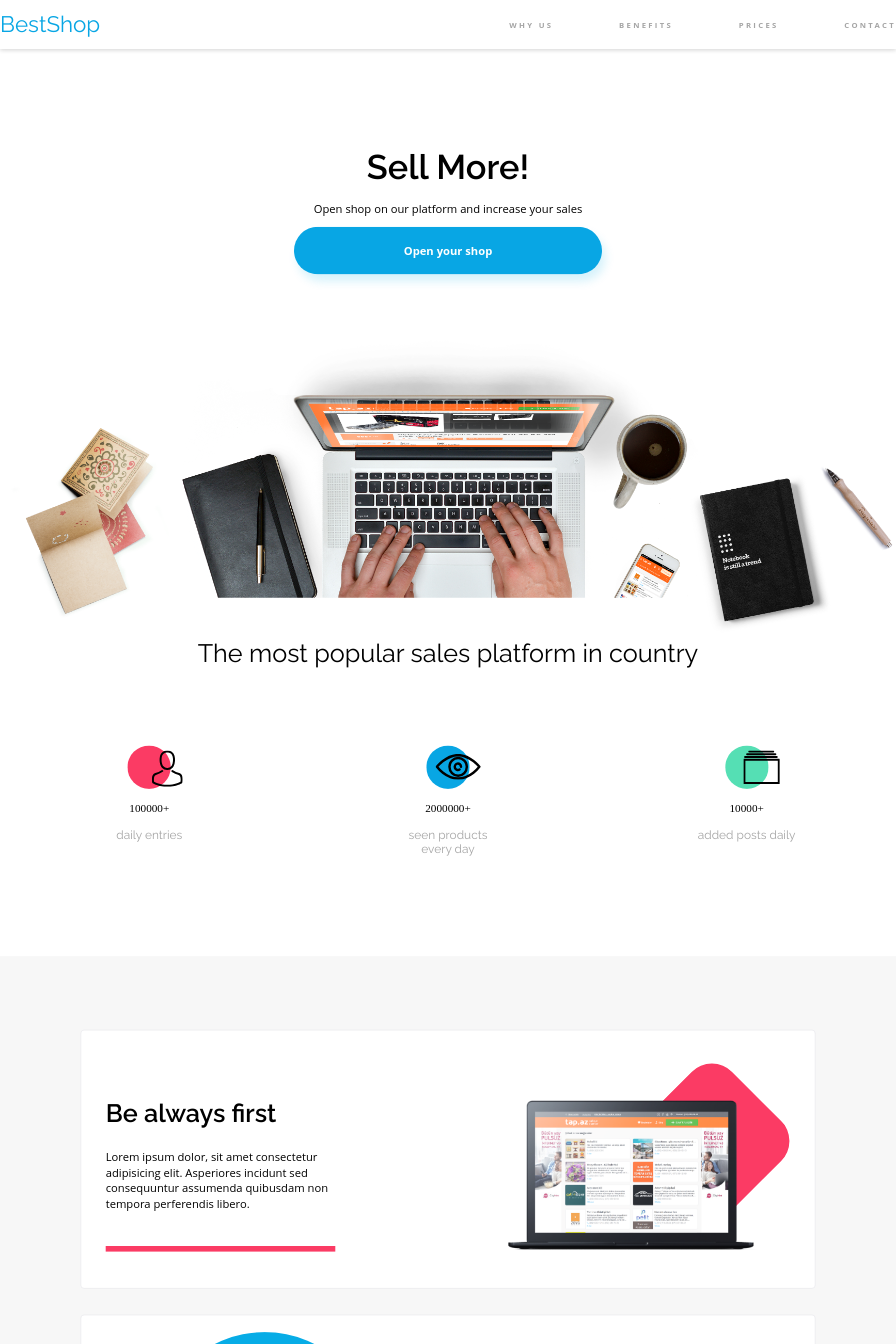
Repository: VolodymyrDubnytskyi/BestShop_project
Page: index.html
An editor plug-in stored every save of this project. The page is shown before and after the next save, followed by the edit.
The browser window is 1280 px wide. The pictures show the part of the page from y = 0 to 1920 px (the page is 4270 px tall), at 70% of full size.
Some web libraries are served in a nearby version.

Above is the page before, as saved 2020-01-05 15:25:47.

### index.html
<!DOCTYPE html>
<html lang="en">

<head>
    <meta charset="UTF-8">
    <meta name="viewport" content="width=device-width, initial-scale=1.0">
    <meta http-equiv="X-UA-Compatible" content="ie=edge">
    <link rel="stylesheet" href="https://use.fontawesome.com/releases/v5.1.1/css/all.css"
        integrity="sha384-O8whS3fhG2OnA5Kas0Y9l3cfpmYjapjI0E4theH4iuMD+pLhbf6JI0jIMfYcK3yZ" crossorigin="anonymous">
    <link href="https://fonts.googleapis.com/css?family=Raleway:400,600&display=swap" rel="stylesheet">
    <link rel="stylesheet" href="css/reset.css">
    <link rel="stylesheet" href="css/style.css">
    <!-- <script src="js/main.js" defer></script> -->
    <title>Document</title>
</head>

<body>
    <header class="header">
        <nav class="navbar">
            <section class="container navbar-container">
                <h2 class="logo">BestShop</h2>
                <ul class="ul-list-nav">
                    <li><a href="#">why us</a></li>
                    <li><a href="#">benefits</a></li>
                    <li><a href="#">prices</a></li>
                    <li><a href="#">contact</a></li>
                </ul>
            </section>
        </nav>
        <section class="section-for-h1">
            <section class="main-heding-h1">
                <h1>Sell More!</h1>
                <p class="text-under-h1-line">Open shop on our platform and increase your sales</p>
                <a href="" class="open-your-shop-btn">Open your shop</a>
            </section>
        </section>

    </header>
    <section class="sales-platform">
        <h2 class="sales-platform-heading">The most popular sales platform in country</h2>
        <section class="sales-platform-main-box container">
            <arcticle class="sales-platform-boxes">
                <div class="circle circle-red"></div>
                <img src="img/Person.svg" alt="" class="img-absolut">

                <h3 class="sales-platform-box-heading">100000+</h3>
                <p class="sales-platform-box-content">daily entries</p>
            </arcticle>
            <arcticle class="sales-platform-boxes">
                <div class="circle circle-blue"></div>
                <img src="img/Eye.svg" alt="" class="img-absolut absotul-img-mid">

                <h3 class="sales-platform-box-heading">2000000+</h3>
                <p class="sales-platform-box-content">seen products every day</p>
            </arcticle>
            <arcticle class="sales-platform-boxes">
                <div class="circle circle-green"></div>
                <img src="img/Catalog.svg" alt="" class="img-absolut">

                <h3 class="sales-platform-box-heading">10000+</h3>
                <p class="sales-platform-box-content">added posts daily</p>
            </arcticle>
        </section>
    </section>
    <!-- *  MAIN -->
    <main>
        <section class="container main-content-container">
            <arcticle class="main-content-boxes">
                <div class="main-content-info-box">
                    <h2>Be always first</h2>
                    <p>Lorem ipsum dolor, sit amet consectetur adipisicing elit. Asperiores incidunt sed consequuntur
                        assumenda quibusdam non tempora perferendis libero.</p>
                    <hr class="hr-for-first-box">
                </div>
                <div class="main-content-img-box">
                    <div class="rhombus-div"></div>
                    <img src="img/Macbook2.png" alt="" class="main-content-img">
                </div>
            </arcticle>

            <arcticle class="main-content-boxes">
                <div class="main-content-img-box">
                    <div class="blue-circle"></div>
                    <img src="img/iPhone2.png" alt="" class="main-content-img main-content-img-phone">

                </div>
                <div class="main-content-info-box">
                    <h2 class="main-h2-second-arcticle">Your shop is where you are!</h2>
                    <p>Lorem ipsum dolor, sit amet consectetur adipisicing elit. Asperiores incidunt sed consequuntur
                        assumenda quibusdam non tempora perferendis libero.</p>
                    <hr class="hr-for-second-box">
                </div>
            </arcticle>

            <arcticle class="main-content-boxes main-content-boxes-split-for-two">
                <div class="maint-contet-last-box-one">
                    <h2>Increase recognition your brand!</h2>
                    <p>Lorem ipsum dolor sit amet, consectetur adipiscing elit, sed do eiusmod tempor incididunt ut
                        labore et dolore magna aliqua. Ut enim ad minim veniam.</p>
                    <hr class="hr-for-third-box">
                </div>
                <div class="maint-contet-last-box-second">
                    <img src="img/Trumpet.png" alt="">
                </div>
            </arcticle>
        </section>
        </section>
    </main>
    <footer>
        <section class="pricing-section container">
            <h2>Pricing</h2>
            <section class="pricing-box-main">
                <arcticle class="pricing-box pricing-box-basic">
                    <h3>Basic</h3>
                    <h4>$0</h4>
                    <span class="pricing-box-content">100 MB HDD</span>
                    <span class="pricing-box-content">1 Subdomain</span>
                    <span class="pricing-box-content">2 E-mails</span>
                    <span class="pricing-box-content pricing-box-content-dont-ofer">Two years license</span>
                    <span class="pricing-box-content pricing-box-content-dont-ofer">Full support</span>
                    <a href="" class="begin-links begin-links-basic">Begin</a>
                </arcticle>
                <arcticle class="pricing-box pricing-box-professional">
                    <h3>Professional</h3>
                    <h4 class="heading-after-limited-offer">$25</h4>
                    <span class="pricing-box-content">500 MB HDD</span>
                    <span class="pricing-box-content">2 Subdomain</span>
                    <span class="pricing-box-content">5 E-mails</span>
                    <span class="pricing-box-content">One years license</span>
                    <span class="pricing-box-content pricing-box-content-dont-ofer">Full support</span>
                    <a href="" class="begin-links begin-links-professional">Begin</a>
                </arcticle>
                <arcticle class="pricing-box pricing-box-premium">
                    <h3>Premium</h3>
                    <h4 class="heading-after-limited-offer">$60</h4>
                    <span class="pricing-box-content">2 GB HDD</span>
                    <span class="pricing-box-content">5 Subdomain</span>
                    <span class="pricing-box-content">20 E-mails</span>
                    <span class="pricing-box-content">Two years license</span>
                    <span class="pricing-box-content">Full support</span>
                    <a href="" class="begin-links begin-links-premium">Begin</a>
                </arcticle>
            </section>
        </section>
    </footer>
    <section class="form-main">
        <section class="form-and-questions-box">
            <arcticle class="questions-box">
                <h2>Any questions?</h2>
                <p>Leave your email address or call us!</p>
                <span class="mail-icon ">info@bestshop.xyz</span>
                <span class="phone-icon ">123 456 789</span>
            </arcticle>
            <arcticle class="form-box form-box">
                <form action="">
                    <label for="#name" class="lables">name</label>
                    <input type="text" id="name">
                    <label for="#email" class="lables">email</label>
                    <input type="email">
                    <div class="i-agree-terms">
                        <label class="container-new-chekbox">
                            <input type="checkbox">
                            <span class="checkmark"></span>


                        </label>
                        <div>I hereby give consent for my personal data included in my application to be processed
                            for
                            the purposes of the recruitment process under the European Parliament’s and Council of
                            the
                            European Union Regulation on the Protection of Natural Persons as of 27 April 2016, with
                            regard to the processing of personal data and on the free movement of such data, and
                            repealing Directive 95/46/EC (Data Protection Directive)
                        </div>
                    </div>
                    <div class="button-box">
                        <button class="btn-send">Send</button>
                    </div>

                </form>
            </arcticle>
        </section>
    </section>
    <section class="social-networks-main">
        <section class="container class social-networks-box">
            <arcticle class="social-networks-logo">
                <h2 class="logo logo-footer">BestShop</h2>
                <p>© 2019 BestShop LTD, All Rights Reserved</p>
            </arcticle>
            <arcticle class="social-networks-links">
                <a href="">
                    <img src="img/Twitter.svg" alt="">
                </a><a href="">
                    <img src="img/Facebook.svg" alt="">
                </a>
            </arcticle>
        </section>
    </section>
</body>

</html>

Loaded but not shown: css/reset.css (common file); css/style.css (745 lines, source omitted)

After the next save:
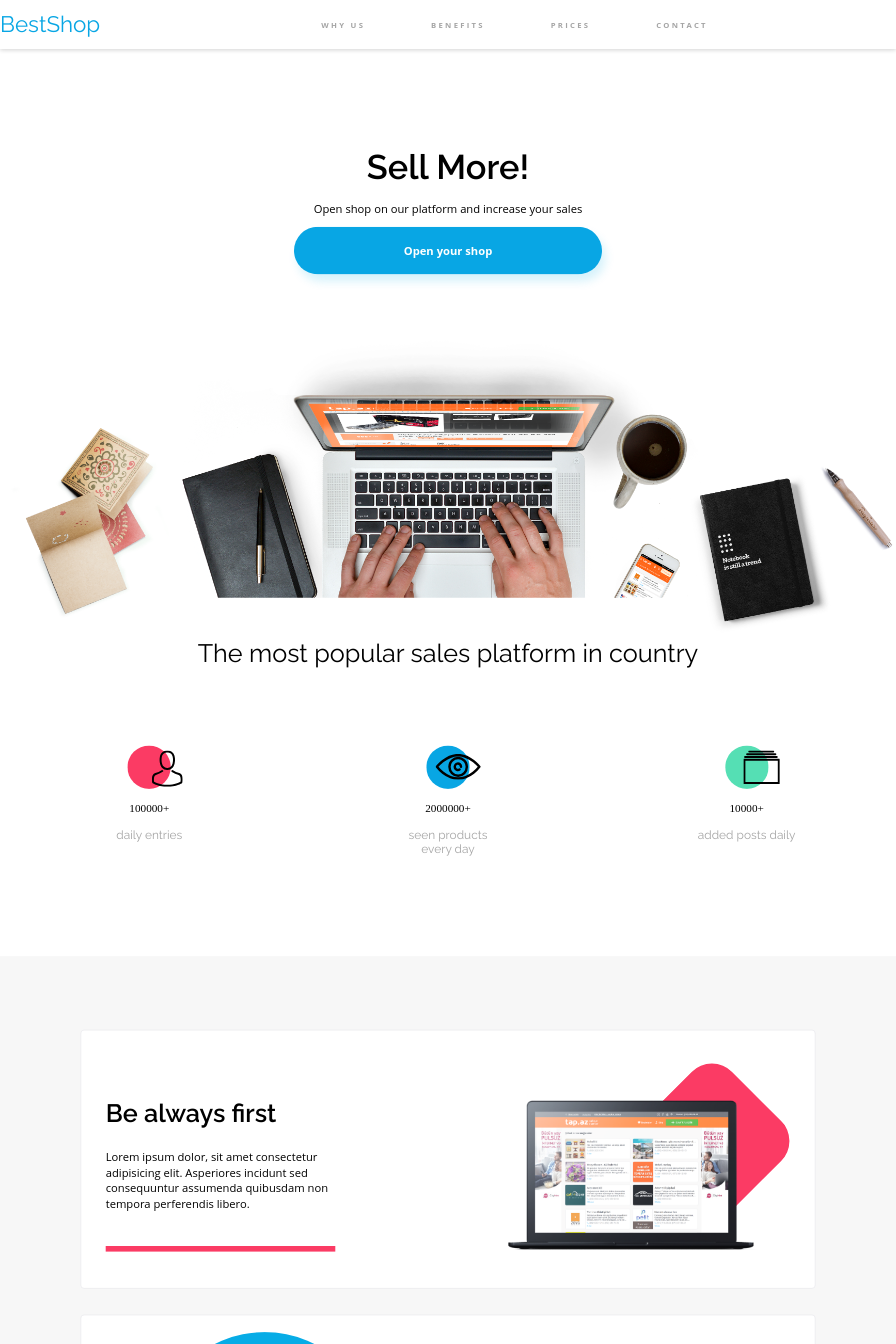
Saved 4 min 50 s later.
--- a/index.html
+++ b/index.html
@@ -25,6 +25,11 @@
                     <li><a href="#">prices</a></li>
                     <li><a href="#">contact</a></li>
                 </ul>
+                <div class="toggle-menu">
+                    <span></span>
+                    <span></span>
+                    <span></span>
+                </div>
             </section>
         </nav>
         <section class="section-for-h1">
